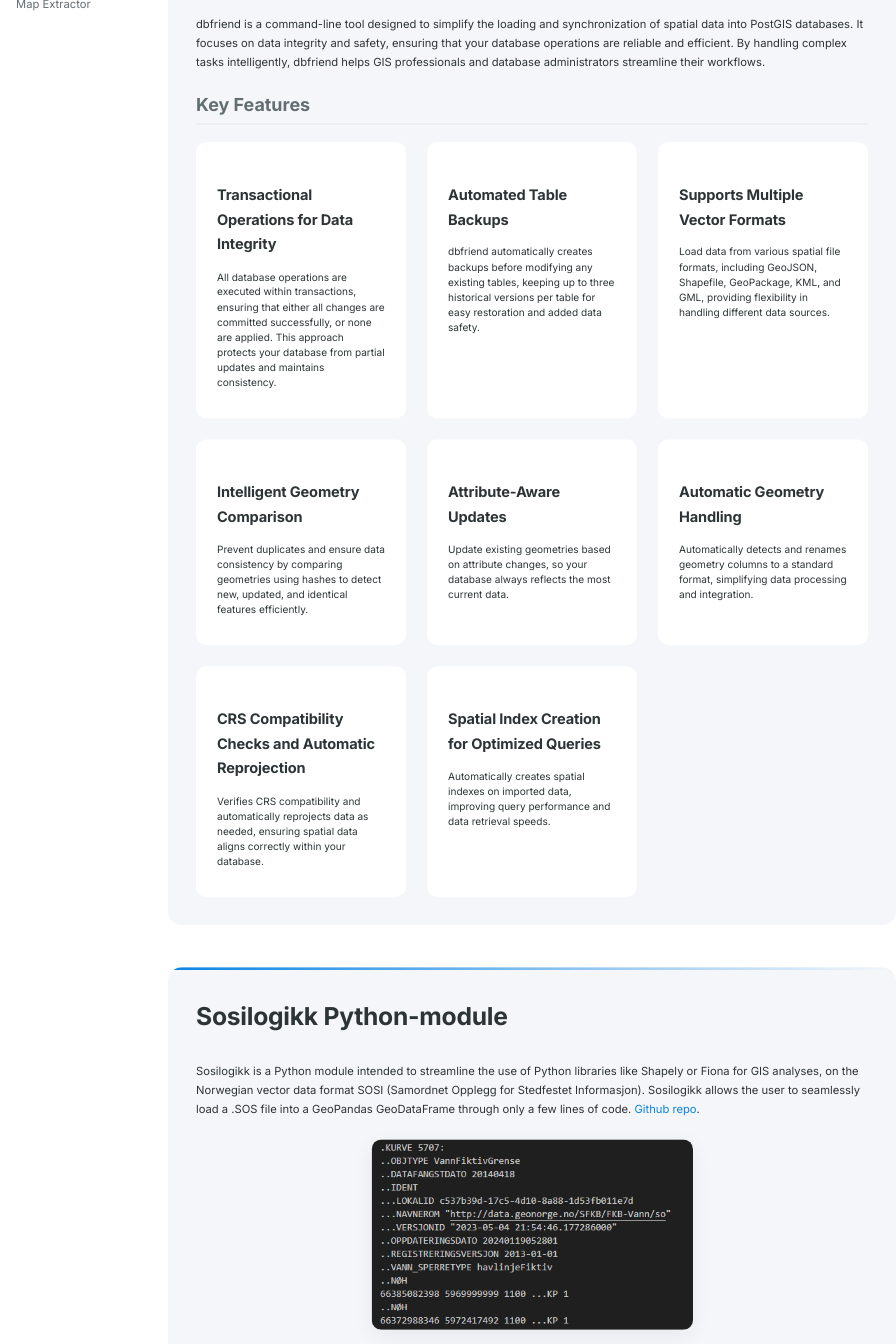
Repository: jesperfjellin/jesper-fjellin-pages
Page: index.html
The author's editor kept a copy of each file at every save. The page is drawn from the files as they stood at one save, then again after the next save.
The browser window is 1280 px wide. The pictures show the part of the page from y = 874 to 2794 px (the page is 5807 px tall before and 5229 px after), at 70% of full size.

Above is the page before, as saved 2024-11-08 01:01:53.

After the next save:
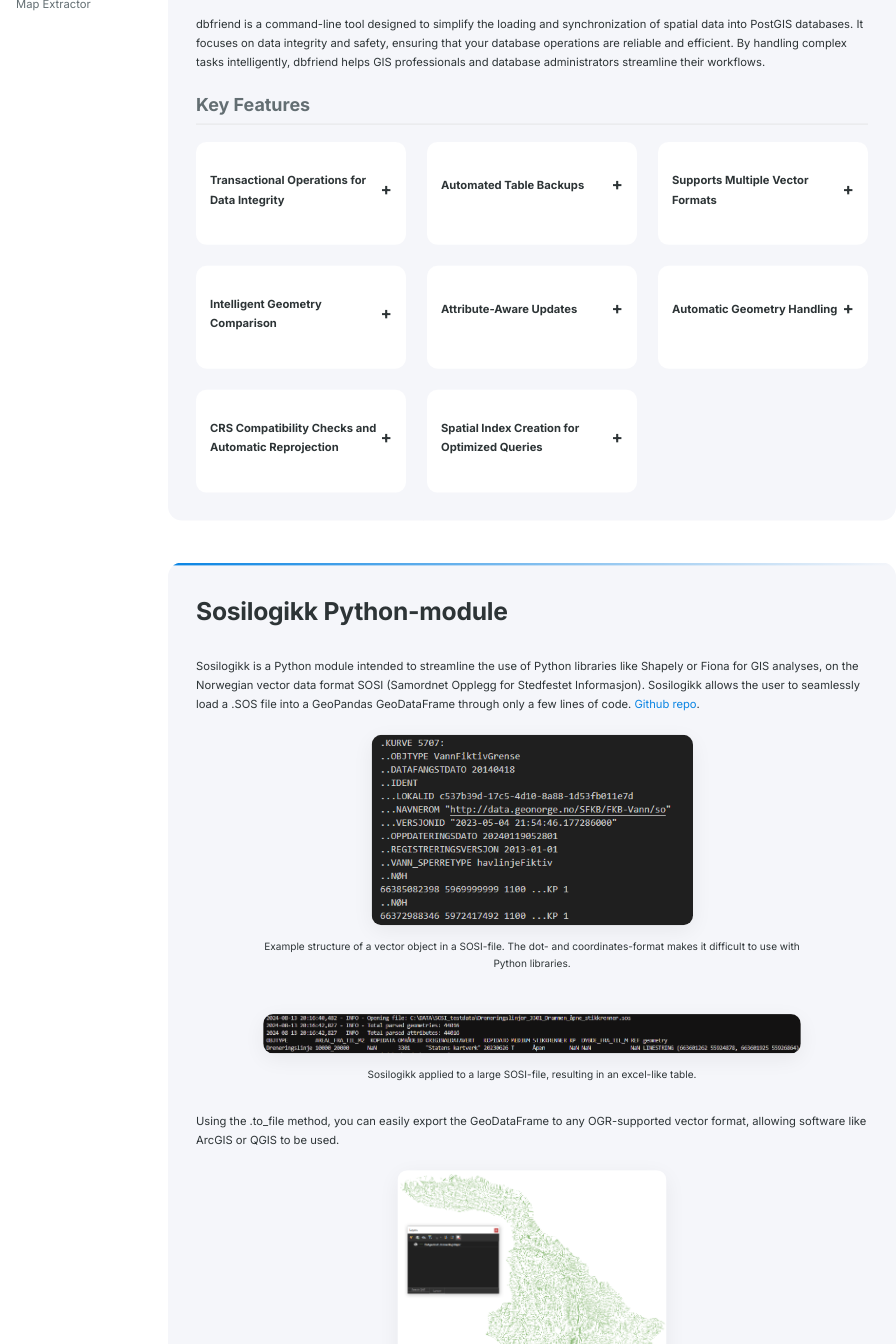
Saved 32 s later.
--- a/index.html
+++ b/index.html
@@ -277,9 +277,11 @@
 
         .feature-card {
             background: var(--bg-color);
-            padding: 30px;
+            padding: 20px;
             border-radius: 15px;
+            cursor: pointer;
             transition: var(--transition);
+            overflow: hidden;
         }
 
         .feature-card:hover {
@@ -289,16 +291,31 @@
         }
 
         .feature-card h4 {
-            color: var(--text-color);
-            font-size: 1.3em;
-            margin-bottom: 18px;
-            letter-spacing: -0.01em;
+            display: flex;
+            justify-content: space-between;
+            align-items: center;
+        }
+
+        .feature-card h4::after {
+            content: '+';
+            font-size: 1.5em;
+            transition: transform 0.3s ease;
+        }
+
+        .feature-card.active h4::after {
+            transform: rotate(45deg);
         }
 
         .feature-card p {
-            color: var(--text-color);
-            font-size: 0.9em;
-            line-height: 1.5;
+            max-height: 0;
+            opacity: 0;
+            transition: all 0.3s ease;
+        }
+
+        .feature-card.active p {
+            max-height: 200px;
+            opacity: 1;
+            margin-top: 15px;
         }
 
         /* Responsive Design */
